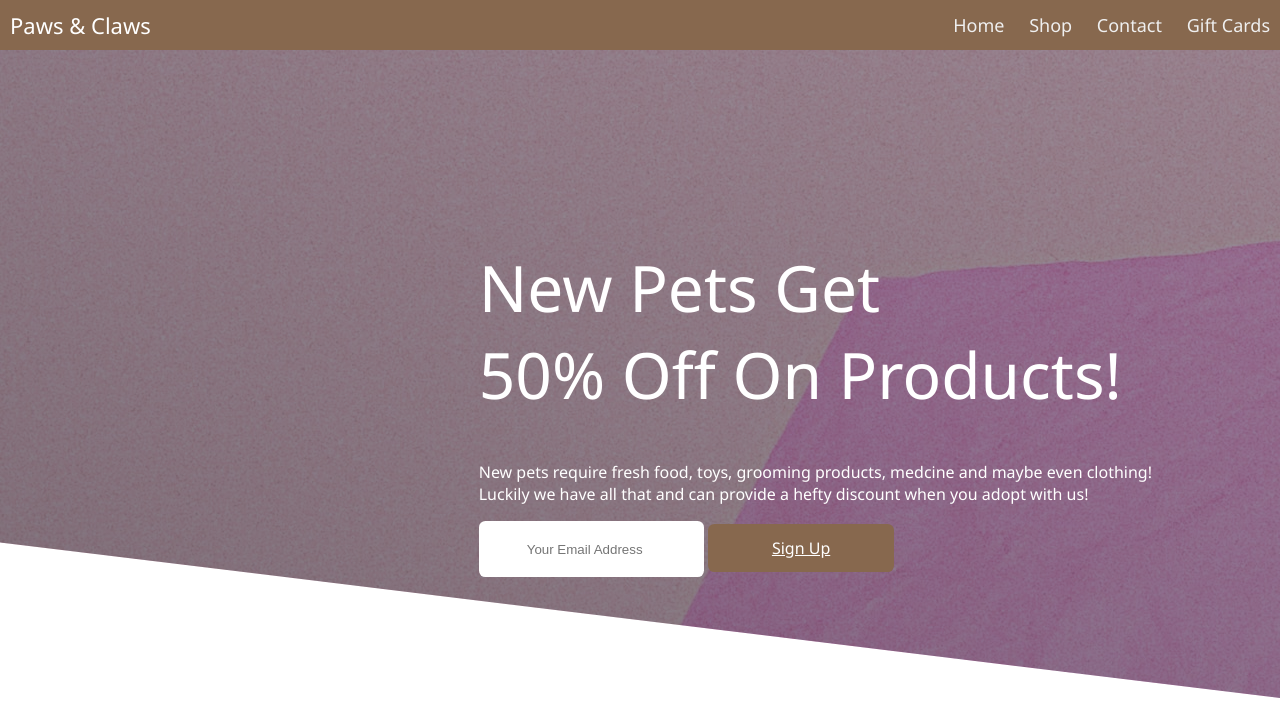
Repository: LtGriff/petProject
Page: dist/about.html
The author's editor kept a copy of each file at every save. The page is drawn from the files as they stood at one save, then again after the next save.
The browser window is 1280 px wide. The pictures show the whole page.

Above is the page before, as saved 2022-05-19 07:49:52.

### dist/about.html
<!DOCTYPE html>
<html lang="en">
<head>
    <meta charset="UTF-8">
    <meta http-equiv="X-UA-Compatible" content="IE=edge">
    <meta name="viewport" content="width=device-width, initial-scale=1.0">
    <link rel="stylesheet" type="text/css" href="../CSS/about.css">
    <title>About the Animal House</title>
</head>
<body>
<!-------------NAV***************BAR----------------------->

    <div class="nav">
        <input type="checkbox" id="nav-check">
        <div class="nav-header">
          <div class="nav-title">
            Paws & Claws
          </div>
        </div>
        <div class="nav-btn">
          <label for="nav-check">
            <span></span>
            <span></span>
            <span></span>
          </label>
        </div>

        <div class="nav-links">
          <a href="index.html" target="">Home</a>
          <a href="shop.html" target="_blank">Shop</a>
          <a href="contact.html" target="_blank">Contact</a>
          <a href="giftcard.html" target="_blank">Gift Cards</a>
        </div>
      </div>

    <!-------------NAV*******BAR********END----------------------->


 <!------------------HEADER*******SECTION---------------------->


 <div class="dogfield"></div>

 <header id="header-section">
  <div class="header-text container">
      <h1>New Pets Get <br> 50%  Off On Products!</h1>
      <p>
         New pets require fresh food, toys, grooming products, medcine and maybe even clothing!<br> Luckily we have all that and can provide a hefty discount when you adopt with us!
      </p>
      <input id="userInput" type="email" placeholder="Your Email Address" required>
      <a class="cta" href="#">Sign Up</a>
      <p id="error">Please provide a valid email address</p>
  </div>
</header>










</body>
</html>

### dist/CSS/about.css
/** NAV BAR **/

* {
    box-sizing: border-box;
  }

  body {
    margin: 0px;
    font-family: 'segoe ui';
  }

  .nav {
    height: 50px;
    width: 100%;
    background-color: #87684e;

  /**
    opacity: .5;
    filter: alpha(opacity=50);
    position: relative;**/
    /* z-index: ; */


    box-shadow:
    0 2.8px 2.2px rgba(0, 0, 0, 0.034),
    0 6.7px 5.3px rgba(0, 0, 0, 0.048),
    0 12.5px 10px rgba(0, 0, 0, 0.06),
    0 22.3px 17.9px rgba(11, 4, 4, 0.072),
    0 41.8px 33.4px rgba(0, 0, 0, 0.086),
    0 100px 80px rgba(0, 0, 0, 0.12);
  }

  .nav > .nav-header {
    display: inline;
  }

  .nav > .nav-header > .nav-title {
    display: inline-block;
    font-size: 22px;
    color: #fff;
    padding: 10px 10px 10px 10px;
  }

  .nav > .nav-btn {
    display: none;
  }

  .nav > .nav-links {
    display: inline;
    float: right;
    z-index: 9;
    font-size: 18px;
  }

  .nav > .nav-links > a {
    display: inline-block;
    padding: 13px 10px 13px 10px;
    text-decoration: none;
    color: #efefef;
  }

  .nav > .nav-links > a:hover {
    background-color: rgba(0, 0, 0, 0.3);
  }

  .nav > #nav-check {
    display: none;
  }


 /** HEADER SECTION **/

#header-section{
    height: 90vh;
    background-image: linear-gradient(
        to left bottom,
        rgba(0, 0, 0, 0.4),
        rgba(0, 0, 0, 0.5)),
    url("../img/catpink.jpg");
    background-size: ;
    clip-path: polygon(0% 0%,100% 0%,100% 100%,0% 76%);

  }



  .header-text {
    position: absolute;
    top: 28%;
    right: 10%;
    color: #ffffff;
  }

  .header-text h1 {
    font-size: 4rem;
    font-weight: 500;
  }

  .header-text p {
    margin-bottom: 1rem;
  }

  #header-section input {
    width: 225px;
    height: 3.5rem;
    border-radius: 0.4rem;
    border: none;
    padding: 0.5rem 3rem;
  }

  .cta {
    background-color: #87684e;
    padding: 0.8rem 4rem;
    border-radius: 0.4rem;
    color: #fff;
    font-weight: 400;
  }

  .cta:hover {
    transform: translateY(-3px);
    box-shadow: 0 1rem 2rem rgba(0, 0, 0, .2);
  }

  .cta:active {
    transform: translateY(-1px);
    box-shadow: 0 .5rem 1rem rgba(0, 0, 0, .2);
  }

  .cta::after {
    content: "";
    display: inline-block;
    height: 100%;
    width: 100%;
    border-radius: 10rem;
    position: absolute;
    top: 0;
    left: 0;
    z-index: -1;
    transition: all .4s;
  }

  .cta:hover::after {
    transform: scaleX(1.4) scaleY(1.6);
    opacity: 0;
  }

  #error {
    color: red;
    font-weight: 600;
    display: none;
    margin-top: 1rem;
    transition: all 0.5s ease-in;
  }

@media (max-width:600px) {
    .nav > .nav-btn {
      display: inline-block;
      position: absolute;
      right: 0px;
      top: 0px;
    }
    .nav > .nav-btn > label {
      display: inline-block;
      width: 50px;
      height: 50px;
      padding: 13px;
    }
    .nav > .nav-btn > label:hover,.nav  #nav-check:checked ~ .nav-btn > label {
      background-color: rgba(0, 0, 0, 0.3);
    }
    .nav > .nav-btn > label > span {
      display: block;
      width: 25px;
      height: 10px;
      border-top: 2px solid #eee;
    }
    .nav > .nav-links {
      position: absolute;
      display: block;
      width: 100%;
      background: rgb(234,212,189);
      background: linear-gradient(7deg, rgba(234,212,189,1) 0%, rgba(204,175,140,1) 24%, rgba(191,161,124,1) 64%, rgba(135,104,78,1) 98%);
      height: 0px;
      transition: all 0.3s ease-in;
      overflow-y: hidden;
      top: 50px;
      left: 0px;
    }
    .nav > .nav-links > a {
      display: block;
      width: 100%;
    }
    .nav > #nav-check:not(:checked) ~ .nav-links {
      height: 0px;
    }
    .nav > #nav-check:checked ~ .nav-links {
      height: calc(28vh - 50px);
      overflow-y: auto;
    }

  }

After the next save:
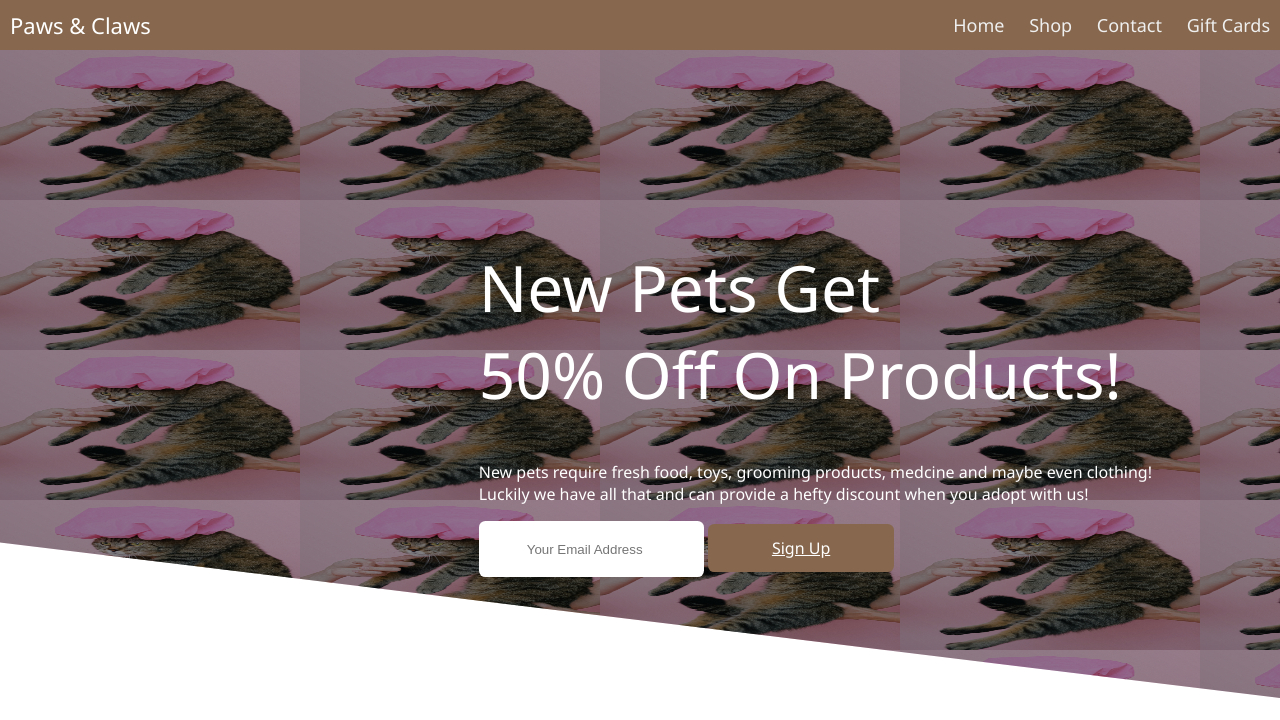
Saved 8 s later.
--- a/dist/CSS/about.css
+++ b/dist/CSS/about.css
@@ -77,7 +77,7 @@
         rgba(0, 0, 0, 0.4),
         rgba(0, 0, 0, 0.5)),
     url("../img/catpink.jpg");
-    background-size: ;
+    background-size: 300px 150px;
     clip-path: polygon(0% 0%,100% 0%,100% 100%,0% 76%);
 
   }
